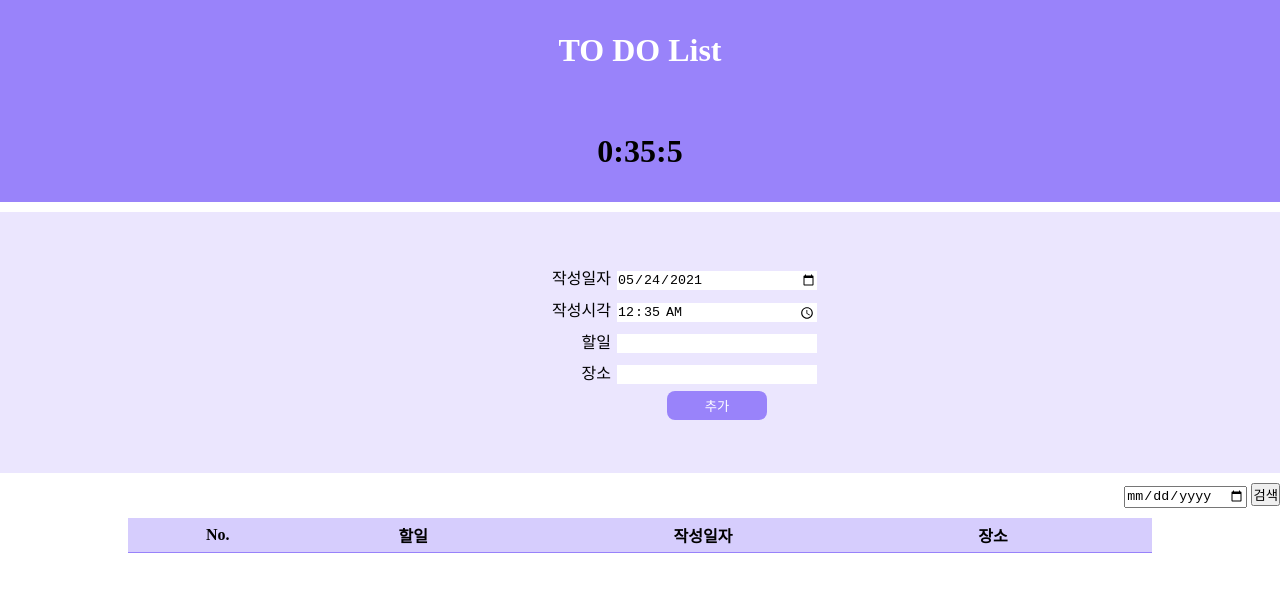
Repository: soyeon-noh/TodoList_Project
Page: http://localhost/Server_PR_TodoList/
An editor plug-in stored every save of this project. The page is shown before and after the next save, followed by the edit.
The browser window is 1280 px wide. The pictures show the whole page.
The page is served by Tomcat 9. Other server files are loaded and not shown. Queries for data that is not in the repository find no rows.

Above is the page before, as saved 2021-05-25 06:00:36.

### Server_PR_TodoList/src/main/webapp/WEB-INF/views/home.jsp
<%@ page language="java" contentType="text/html; charset=UTF-8"
    pageEncoding="UTF-8"%>
<%@ taglib uri="http://java.sun.com/jsp/jstl/core"
			prefix="c"%>
<c:set value="${pageContext.request.contextPath}"
		var="rootPath"/>
<!DOCTYPE html>
<html>
<head>
<meta charset="UTF-8">
<title>TODOList 메인화면</title>
<link href="${rootPath}/static/css/home.css?ver3" rel="stylesheet"/>

<style>

</style>


</head>
  <body>
  	<%@ include file="/WEB-INF/views/include_nav.jsp" %>
    <form class ="v1" method="POST">
    	<div>
    		<label for="date">작성일자</label>
    		<input name="td_date"
    				type="date" value="${TD.td_date}">
    	</div>

    	<div>
    		<label for="time">작성시각</label>
    		<input name="td_time"
    				type="time" value="${TD.td_time}">
    	</div>

    	<div>
    		<label for="todo">할일</label>
    		<input name="td_todo"
    				type="text" value="${TD.td_todo}">
    	</div>

    	<div>
    		<label for="place">장소</label>
    		<input name="td_place"
    				type="text" value="${TD.td_place}">
    	</div>
    	<div>
    		<label></label>
   			<button class="btn_insert" type="button">추가</button>
		</div>
    </form>

    <form class="select" method="GET">
    	<input name="select_date" type="date">
    	<button class="btn_select" type="button">
    		검색
    	</button>
    </form>

    <table id="tdlist">
      <tr>
        <th>No.</th>
        <th>할일</th>
        <th>작성일자</th>
        <th>장소</th>
        <th></th>
      </tr>
      <c:forEach items="${TDLIST}" var="TD" varStatus="i">
        <tr>
          <td>${i.count}</td>
          <td>${TD.td_todo}</td>
          <td>${TD.td_date}</td>
          <td>${TD.td_place}</td>
          <td><button class="btn_update" data-seq="${TD.td_seq}" type="button">
          		수정</button>
          		<button class="btn_delete" data-seq="${TD.td_seq}" type="button">
          		삭제</button></td>
        </tr>
      </c:forEach>
    </table>
  </body>

  <script>
  // html 코드가 다 화면에 뜨고 나서 실행하라는 명렁
  // 아래 한 줄의 코드가 있어야 어디든디 script를 넣을 수 있다.
	document.addEventListener("DOMContentLoaded",function(){

		document.querySelector("form.v1")
		.addEventListener("click", function(ev){
			let className = ev.target.className

			if(className == "btn_insert"){
				let td_todo = document.querySelector("input[name='td_todo']");
				if(td_todo.value == ""){
					alert("할 일은 반드시 입력해야합니다");
					td_todo.focus();
					return false;
				}

				document.querySelector("form.v1").submit();
			}
		})

		document.querySelector("form.select")
		.addEventListener("click", function(ev){
			let className = ev.target.className


			if(className == "btn_select"){
				let date = document.querySelector("input[name='select_date']")
				.value;

				if(date == ""){
					document
					.location
					.href= "${rootPath}";

					return false;
				}

				document
				.location
				.href= "${rootPath}"
						+ "/UD/select?td_date="
						+ date;
			}

		})

		document.querySelector("table#tdlist")
		.addEventListener("click", function(ev){
			let className = ev.target.className



			if(className == "btn_delete"){

				let seq = ev.target.dataset.seq
				alert(seq + " 삭제가 완료되었습니다.");

				document
				.location
				.replace( "${rootPath}"
						+ "/UD/delete?td_seq="
						+ seq )

			} else if(className == "btn_update"){

				let seq = ev.target.dataset.seq;

				document
				.location
				.href= "${rootPath}" +
						"/UD/update?td_seq="
						+ seq
			}

		})
	})
  </script>

</html>

### Server_PR_TodoList/src/main/webapp/WEB-INF/views/include_nav.jsp
<%@ page language="java" contentType="text/html; charset=UTF-8"
    pageEncoding="UTF-8"%>

<style>
	* {
		margin: 0;
		padding: 0;
		box-sizing: border-box;
	}

    h1.clock {
        color: black;
        text-align: center;
        background-color: rgba(153, 131, 250, 20);
        padding: 2rem;
    }

</style>
<h1>TO DO List</h1>
<h1 class="clock"></h1>
<h2 class="date"></h2>
<script>
	let date = document.querySelector(".date");

    function getDate(){
        const time = new Date();
        const year = time.getUTCFullYear();
        const month = time.getUTCMonth();
        const day = time.getUTCDay();
        date.textContent = year + "-" + month + "-" + day;
    }



	let clock = document.querySelector(".clock");

	function getTime() {
		  const time = new Date();
		  const hour = time.getHours();
		  const minutes = time.getMinutes();
		  const seconds = time.getSeconds();
		  clock.textContent = hour + ":" + minutes + ":" + seconds;



	}

	function init() {
	  setInterval(getTime, 1000);
	}

	init();
</script>

### Server_PR_TodoList/src/main/java/com/callor/todo/controller/HomeController.java
package com.callor.todo.controller;

import java.io.IOException;
import java.text.SimpleDateFormat;
import java.util.Date;
import java.util.List;

import javax.servlet.ServletException;
import javax.servlet.annotation.WebServlet;
import javax.servlet.http.HttpServlet;
import javax.servlet.http.HttpServletRequest;
import javax.servlet.http.HttpServletResponse;

import com.callor.todo.model.TodoListVO;
import com.callor.todo.service.TodoService;
import com.callor.todo.service.impl.TodoServiceImplV1;

@WebServlet("/")
public class HomeController extends HttpServlet{

	protected TodoService tdService;
	public HomeController() {
		tdService = new TodoServiceImplV1();
	}
	@Override
	protected void doGet(HttpServletRequest req, HttpServletResponse resp) throws ServletException, IOException {
		// TODO selectAll()
		List<TodoListVO> tdList = tdService.selectAll();
		req.setAttribute("TDLIST", tdList);

		// TODO insert()
		TodoListVO tdVO = new TodoListVO();

		// SimpleDateFormat : 날짜 및 시간을 형식화하고 구문 분석하는 메소드 제공
		SimpleDateFormat sd = new SimpleDateFormat("yyyy-MM-dd");
		SimpleDateFormat st = new SimpleDateFormat("HH:mm:ss");

		// 현재시간을 저장
		Date date = new Date(System.currentTimeMillis());

		// 현재 시간을 변환해 VO에 넣어준다
		tdVO.setTd_seq(0L);
		tdVO.setTd_date(sd.format(date));
		tdVO.setTd_time(st.format(date));

		req.setAttribute("TD", tdVO);

		// home.jsp 화면을 보여줘라
		RequestController.reqController(req, resp, "home");
	}
	@Override
	protected void doPost(HttpServletRequest req, HttpServletResponse resp) throws ServletException, IOException {
		// TODO insert()

		// 한글 인코딩 세팅
		req.setCharacterEncoding("UTF-8");

		// user가 입력한 data 확인
		String td_date = req.getParameter("td_date");
		String td_time = req.getParameter("td_time");
		String td_todo = req.getParameter("td_todo");
		String td_place = req.getParameter("td_place");

		TodoListVO tdVO = new TodoListVO();
		tdVO.setTd_date(td_date);
		tdVO.setTd_time(td_time);
		tdVO.setTd_todo(td_todo);
		tdVO.setTd_place(td_place);

		tdService.insert(tdVO);

		System.out.println("insert : " + tdVO);

		resp.sendRedirect("/todo");
	}

}

### Server_PR_TodoList/src/main/java/com/callor/todo/service/impl/TodoServiceImplV1.java
package com.callor.todo.service.impl;

import java.sql.Connection;
import java.sql.PreparedStatement;
import java.sql.ResultSet;
import java.sql.SQLException;
import java.util.ArrayList;
import java.util.List;

import com.callor.todo.config.DbInfo;
import com.callor.todo.config.MySQLConnection;
import com.callor.todo.model.TodoListVO;
import com.callor.todo.service.TodoService;

public class TodoServiceImplV1 implements TodoService{

	// 먼저 db와 연결
	protected Connection dbConn;

	public TodoServiceImplV1() {
		dbConn = MySQLConnection.getDBConnection();
	}


	protected List<TodoListVO> select(PreparedStatement pStr) throws SQLException{
		// TODO DB로부터 데이터를 받아와 List에 저장
		List<TodoListVO> tdList = new ArrayList<TodoListVO>();

		ResultSet rSet = pStr.executeQuery();
		while(rSet.next()) {
			TodoListVO tdVO = new TodoListVO();
			tdVO.setTd_seq(rSet.getLong(DbInfo.td_seq));
			tdVO.setTd_date(rSet.getString(DbInfo.td_date));
			tdVO.setTd_time(rSet.getString(DbInfo.td_time));
			tdVO.setTd_todo(rSet.getString(DbInfo.td_todo));
			tdVO.setTd_place(rSet.getString(DbInfo.td_place));
			tdList.add(tdVO);
		}

		// 데이터 확인
		System.out.println("select : " + tdList.toString());
		return tdList;
	}

	@Override
	public List<TodoListVO> selectAll() {
		// TODO List 전체 데이터 조회

		String sql = " SELECT * FROM tbl_todo_list ";
		sql += " ORDER BY td_date DESC, td_time DESC ";

		PreparedStatement pStr = null;

		try {
			pStr = dbConn.prepareStatement(sql);
			List<TodoListVO> tdList = this.select(pStr);
			pStr.close();

			System.out.println("selectAll : " + tdList.toString());
			return tdList;
		} catch (SQLException e) {
			// TODO Auto-generated catch block
			e.printStackTrace();
		}
		return null;
	}

	@Override
	public TodoListVO findById(Long seq) {
		// TODO 일련번호로 조회
		String sql = " SELECT * FROM tbl_todo_list ";
		sql += " WHERE td_seq = ? ";

		PreparedStatement pStr = null;

		try {
			pStr = dbConn.prepareStatement(sql);
			pStr.setLong(1, seq);

			List<TodoListVO> tdList = this.select(pStr);

			pStr.close();

			if(tdList != null && tdList.size() > 0) {
				return tdList.get(0);
			}


		} catch (SQLException e) {
			// TODO Auto-generated catch block
			e.printStackTrace();
		}
		return null;
	}

	@Override
	public List<TodoListVO> findByDate(String td_date) {
		// TODO 날짜로 조회
		String sql = " SELECT * FROM tbl_todo_list ";
		sql += " WHERE td_date = ? ";

		PreparedStatement pStr = null;

		try {
			pStr = dbConn.prepareStatement(sql);
			pStr.setString(1, td_date);

			List<TodoListVO> tdList = this.select(pStr);

			pStr.close();
			return tdList;

		} catch (SQLException e) {
			// TODO Auto-generated catch block
			e.printStackTrace();
		}
		return null;
	}

	@Override
	public List<TodoListVO> findByTodo(String td_todo) {
		// TODO 할일내용으로 조회
		return null;
	}

	@Override
	public List<TodoListVO> findByPlace(String td_place) {
		// TODO 장소로 조회
		return null;
	}

	@Override
	public Integer insert(TodoListVO tdVO) {
		// TODO 데이터 추가

		String sql = " INSERT INTO tbl_todo_list ";
		sql += " ( ";
		sql += " td_date, ";
		sql += " td_time, ";
		sql += " td_todo, ";
		sql += " td_place) ";
		sql += " VALUES( ?,?,?,? ) ";


		// SQL 구문을 실행시키는 객체
		PreparedStatement pStr = null;

		try {
			pStr = dbConn.prepareStatement(sql);
			pStr.setString(1, tdVO.getTd_date());
			pStr.setString(2, tdVO.getTd_time());
			pStr.setString(3, tdVO.getTd_todo());
			pStr.setString(4, tdVO.getTd_place());

			return pStr.executeUpdate();

		} catch (SQLException e) {
			// TODO Auto-generated catch block
			e.printStackTrace();
		}
		return null;
	}


	@Override
	public Integer update(TodoListVO tdVO) {
		// TODO 데이터 업데이트
		String sql = " UPDATE tbl_todo_list SET ";
		sql += " td_date = ?, ";
		sql += " td_time = ?, ";
		sql += " td_todo = ?, ";
		sql += " td_place = ? ";

		sql += " WHERE td_seq = ? ";

		PreparedStatement pStr = null;

		try {
			pStr = dbConn.prepareStatement(sql);
			pStr.setString(1, tdVO.getTd_date());
			pStr.setString(2, tdVO.getTd_time());
			pStr.setString(3, tdVO.getTd_todo());
			pStr.setString(4, tdVO.getTd_place());

			pStr.setLong(5, tdVO.getTd_seq());
			return pStr.executeUpdate();

		} catch (SQLException e) {
			// TODO Auto-generated catch block
			e.printStackTrace();
		}

		return null;
	}

	@Override
	public Integer delete(Long seq) {
		// TODO 데이터 삭제

		String sql = " DELETE FROM tbl_todo_list ";
		sql += "WHERE td_seq = ?";

		PreparedStatement pStr = null;

		try {
			pStr = dbConn.prepareStatement(sql);
			pStr.setLong(1, seq);
			return pStr.executeUpdate();

		} catch (SQLException e) {
			// TODO Auto-generated catch block
			e.printStackTrace();
		}
		return null;
	}
}

### Server_PR_TodoList/src/main/java/com/callor/todo/config/MySQLConnection.java
package com.callor.todo.config;

import java.sql.Connection;
import java.sql.DriverManager;
import java.sql.SQLException;

public class MySQLConnection {

	private static Connection dbConn;

	static {

		String jdbcDriver = "com.mysql.cj.jdbc.Driver";
		String url = "jdbc:mysql://localhost:3306/todolist";
		String username = "tdUser";
		String password = "12345";

		try {
			Class.forName(jdbcDriver);
			if(dbConn == null) {
				dbConn = DriverManager.getConnection(url, username, password);
			}
			System.out.println("MySQL 접속 성공!!");
		} catch (ClassNotFoundException e) {
			System.out.println("MySQL Driver 를 찾을 수 없음");
		} catch (SQLException e) {
			System.out.println("MySQL DBMS 연결 실패");
		}
	}

	public static Connection getDBConnection() {
		return dbConn;
	}

}

### Server_PR_TodoList/src/main/java/com/callor/todo/model/TodoListVO.java
package com.callor.todo.model;

import lombok.AllArgsConstructor;
import lombok.Getter;
import lombok.NoArgsConstructor;
import lombok.Setter;
import lombok.ToString;

@Getter
@Setter
@ToString
@NoArgsConstructor
@AllArgsConstructor
public class TodoListVO {

	private Long td_seq;	//BIGINT
    private String td_date;	//VARCHAR(20)
    private String td_time;	//VARCHAR(20)
	private String td_todo;	//VARCHAR(200)
    private String td_place;	//VARCHAR(125)
}

### Server_PR_TodoList/src/main/java/com/callor/todo/controller/RequestController.java
package com.callor.todo.controller;

import java.io.IOException;

import javax.servlet.ServletException;
import javax.servlet.http.HttpServlet;
import javax.servlet.http.HttpServletRequest;
import javax.servlet.http.HttpServletResponse;

public class RequestController extends HttpServlet{

	public static void reqController (HttpServletRequest req,
			HttpServletResponse resp, String file) throws ServletException, IOException {

		String root = "/WEB-INF/views/" + file + ".jsp";

		req.getRequestDispatcher(root)
		.forward(req, resp);


	}

}

### Server_PR_TodoList/src/main/webapp/static/css/home.css
@charset "UTF-8";

/* 여백 초기화 */
* {
	margin: 0;
	padding: 0;
	box-sizing: border-box;
}

h1 {
	color: white;
	text-align: center;
	background-color: rgba(153,131,250,1);
	padding: 2rem;

}

form.v1 {
	background-color: rgba(153,131,250,0.2);
	padding: 3rem 5rem 3rem 5rem;
	margin: 10px auto;
}

form.v1 div {
	text-align: center;
	margin: 5px;
}

form.v1 div label{
	display: inline-block;

	width: 150px;
	text-align: right;
}

form.v1 input{
	width: 200px;
	border: 1px;
	height: 1.2rem;
	margin: 2px;
}

form.v1 div button{
		outline: 0;
		border: 0;
		width: 100px;
		color: white;
		padding: 5px;
		background-color: rgba(153,131,250,1);
		border-radius: 8px;


}

/* 여기왜안됨*/
form.select{
	text-align: right;
	margin: 10px auto;
}

table {
	border-collapse: collapse;
	width: 80%;
	margin: 10px auto;
}

td, th {
	border-bottom: 1px solid #9882FA;
	padding: 5px;
	text-align: center;
}

th {
	background-color: rgba(153,131,250,0.4);
}

After the next save:
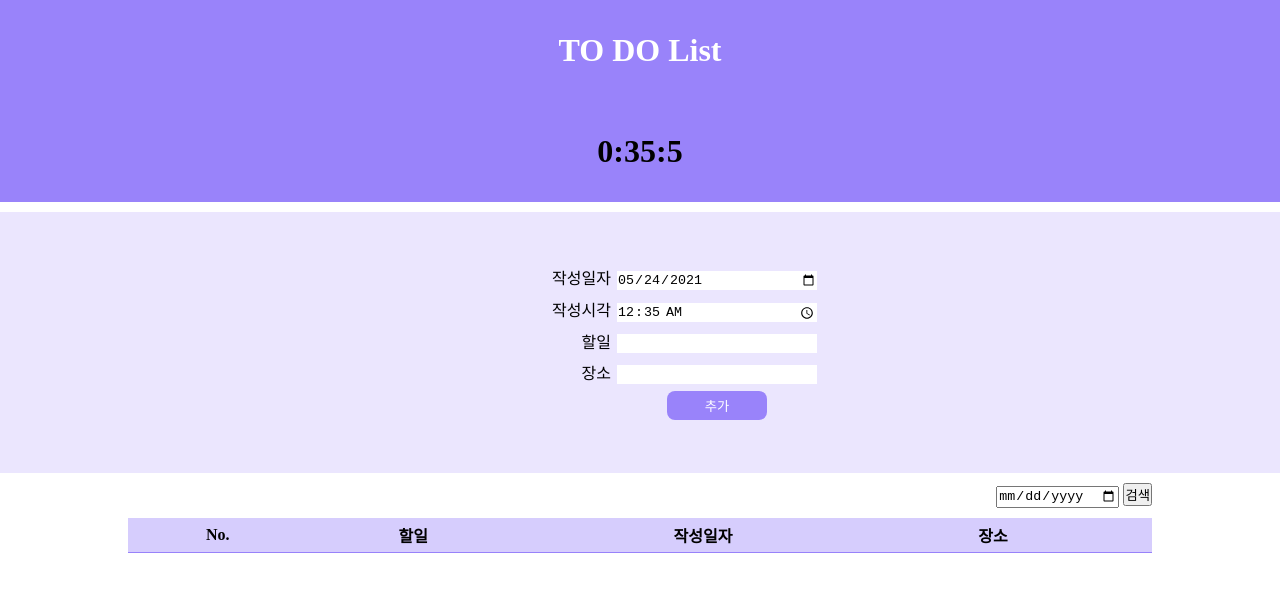
Saved 66 s later.
--- a/Server_PR_TodoList/src/main/webapp/static/css/home.css
+++ b/Server_PR_TodoList/src/main/webapp/static/css/home.css
@@ -55,6 +55,7 @@ form.v1 div button{
 /* 여기왜안됨*/
 form.select{
 	text-align: right;
+	width: 80%;
 	margin: 10px auto;
 }
 
